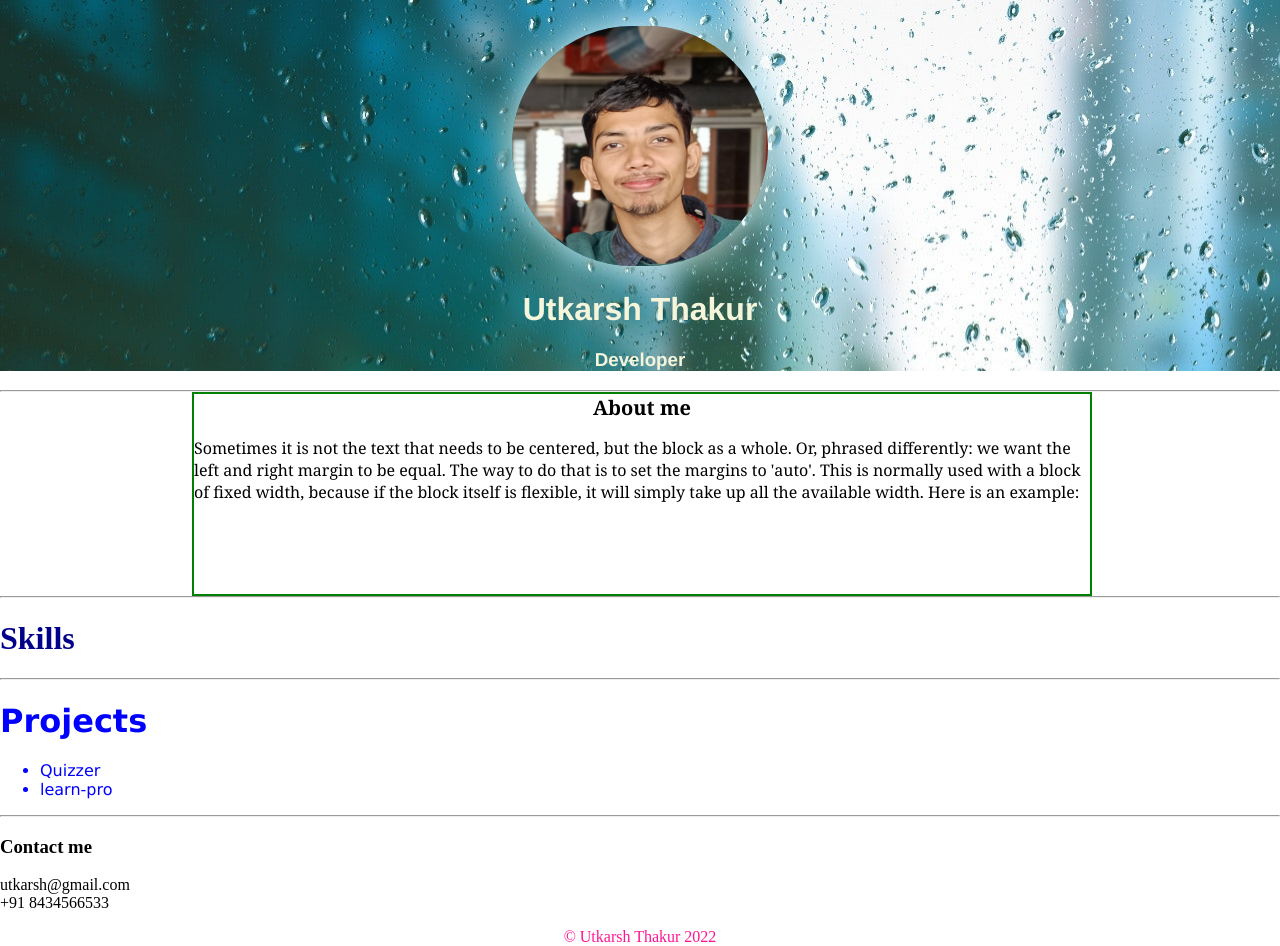
Repository: UtkarshThakur321/Utkarsh-Thakur-Profile
Page: index.html
These files come from the project's save history. The page is drawn as it stood at one moment and after the next save; the edit follows.
The browser window is 1280 px wide. The pictures show the whole page.

Above is the page before, as saved 2022-01-22 23:33:58.
Not found: main.js

### index.html
<!DOCTYPE html>
<html>
<head>
    <meta charset='utf-8'>
    <meta http-equiv='X-UA-Compatible' content='IE=edge'>
    <title>Page Title</title>
    <meta name='viewport' content='width=device-width, initial-scale=1'>
    <link rel='stylesheet' type='text/css' media='screen' href="index.css">
    <script src='main.js'></script>
</head>
<body>
    <div id="main">
    <!-- <div id="nav">
        <h1>My Resume</h1>
    </div> -->
    <center>
        <div id="intro">
            <div id="profileImage">
                 <img src="./Utkarsh_dp.jpg" alt="DP_Utkarsh__Thakur"
                 width="180" height="170">
            </div>
            <div id="profileName">
                <h1>Utkarsh Thakur</h1>
                <h3>Developer</h3>
            </div>

            <div>


             </div>
        </div>
    </center>

    <hr>

  <div id="aboutMe">
    <div id="aboutMeHeading">
        About me
    </div>
    <div id="aboutMeContent">
        <p>
            Sometimes it is not the text that needs to be centered, but the block as a whole. Or, phrased differently: we want the left and right margin to be equal. The way to do that is to set the margins to 'auto'. This is normally used with a block of fixed width, because if the block itself is flexible, it will simply take up all the available width. Here is an example:
        </p>
    </div>
  </div>


<hr>

    <div id="skills">
        <h1>Skills</h1>

    </div>

    <hr>
    <div id="projects">
        <h1>Projects</h1>
        <ul>
            <li>Quizzer</li>
            <li>learn-pro</li>
        </ul>
    </div>
    <hr>

    <div id="footer">
        <h3>Contact me</h3>
        <p>
            utkarsh@gmail.com<br>
            +91 8434566533

        </p>
            <div id="copyright">
         &copy; Utkarsh Thakur 2022
            </div>
        </div>
    </div>



</body>
</html>

### index.css
body{
    width:100%;
    margin:0px;


}


#intro{
    background-image:url("./bg.jpg");
}


#profileImage>img{
    margin-top: 2%;

    height:240px;
    width:20%;
    border-radius: 130px;
    box-shadow: 0px 0px 40px rgb(235, 253, 253);
}
#profileName{
    color:beige;
    font-family: 'Franklin Gothic Medium', 'Arial Narrow', Arial, sans-serif;
}

#aboutMe{
    width:70%;
    height:200px;
    border:2px solid green;
    margin-left:15%;
}


#aboutMeHeading{
    text-align:center;
    font-family: Georgia, 'Times New Roman', Times, serif;
    font-size:20px;
    font-weight: bold;
}
#aboutMeContent{

    font-family: Georgia, 'Times New Roman', Times, serif;
    font-size:16px;

}





hr{
    margin:0px;
}

#nav{
    height:50px;
    display:content;
    text-align: center;
    font-weight: 900;
    color:black;}
    /* text-align: center;
    font-family: Verdana, Geneva, Tahoma, sans-serif;
} */

#skills{
    color:darkblue;
    font-weight: 400;

}

.img{
    height:10px;
    width:10%;
}
#projects{
    font-family: Verdana, Geneva, Tahoma, sans-serif;
    color:blue;
}


/* #footer{
    text-align: center;
} */
#copyright{
    text-align: center;
    color:deeppink
}

After the next save:
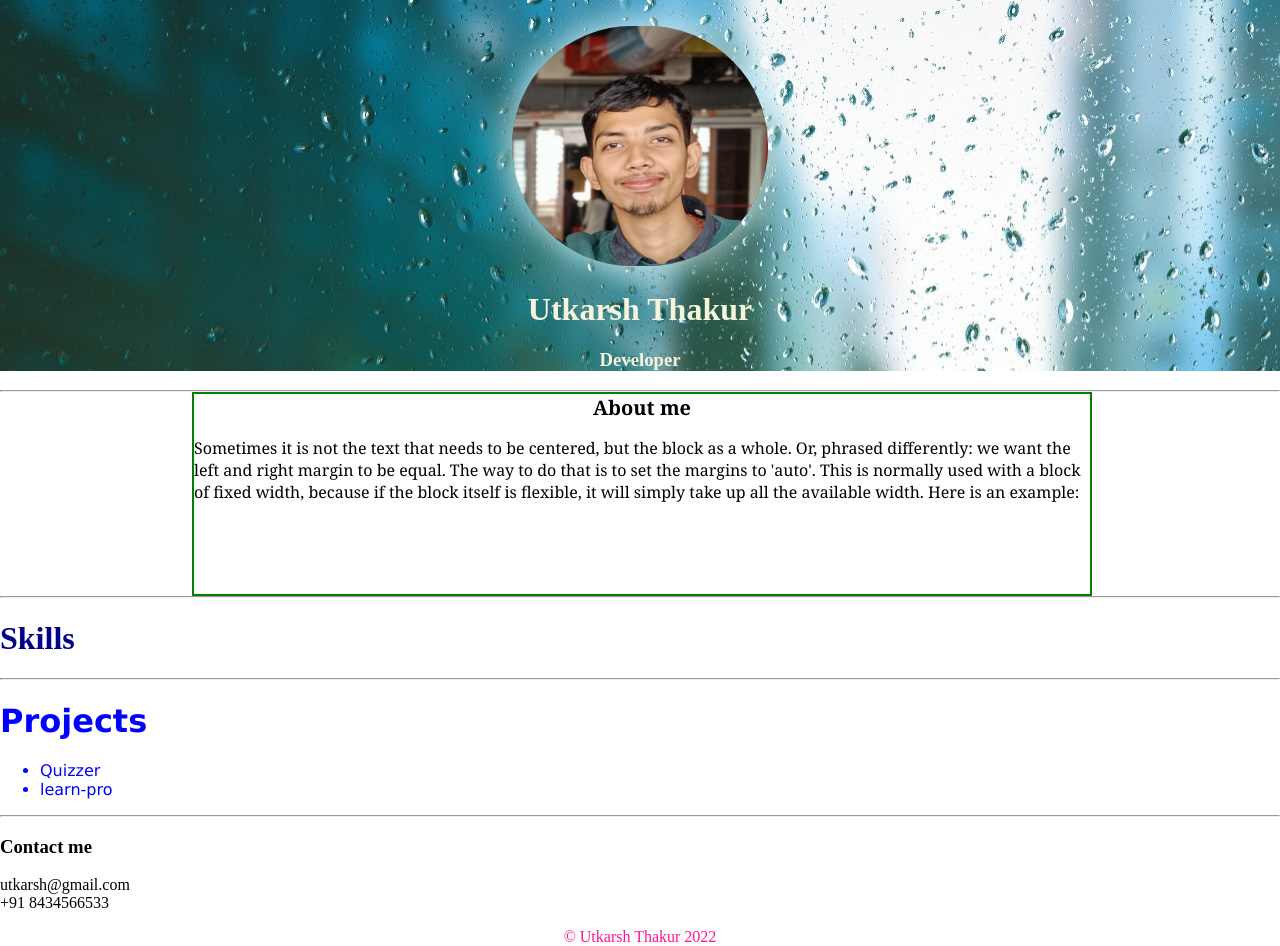
Saved 85 s later.
--- a/index.css
+++ b/index.css
@@ -21,7 +21,7 @@ body{
 }
 #profileName{
     color:beige;
-    font-family: 'Franklin Gothic Medium', 'Arial Narrow', Arial, sans-serif;
+    font-family: cursive;
 }
 
 #aboutMe{
